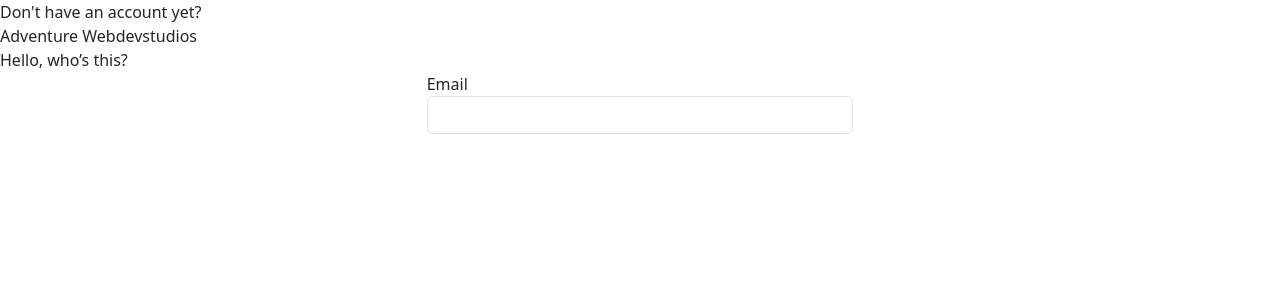
Repository: nnbxxx/React-Untimate
Page: /login
These files come from the project's save history. The page is drawn as it stood at one moment and after the next save; the edit follows.
The browser window is 1280 px wide. The pictures show the whole page.
The project was rebuilt for these pictures with package versions that can differ from the ones it lists, and the page was loaded fresh each time. Also part of the build but not shown: src/components/Header/header.js, src/App.js, src/components/User/User.js, src/components/Admin/SideBar.scss, src/components/Admin/SideBar.js, src/components/Admin/Admin.scss, src/components/Admin/Admin.js, src/components/Home/HomePage.js and 12 more. Imported but missing from the stored project, and not drawn on this page: src/assets/video-homepage.webm.

Above is the page before, as saved 2023-04-12 20:30:45.

After the next save:
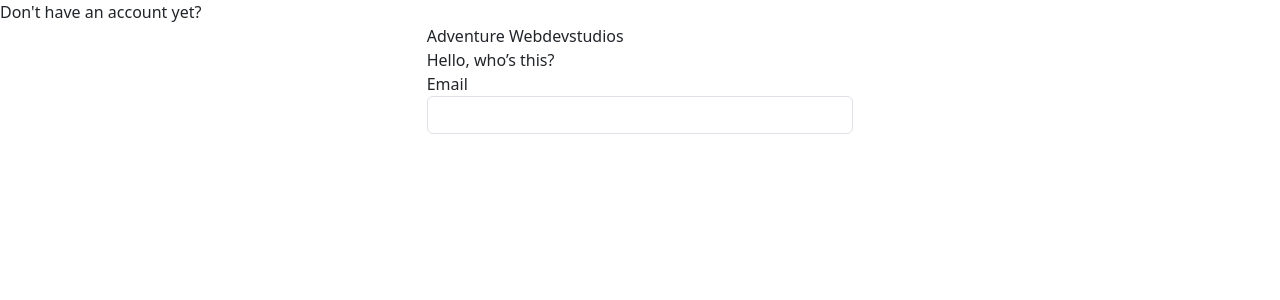
Saved 68 s later.
--- a/src/components/Auth/Login.js
+++ b/src/components/Auth/Login.js
@@ -2,9 +2,9 @@
 const Login = () => {
   return (
     <div className='login-container'>
-      <div className='header'>Don't have an account yet?</div>
-      <div className='title col-4'>Adventure Webdevstudios</div>
-      <div className='welcome col-4'>Hello, who’s this?</div>
+      <div className='header mx-auto'>Don't have an account yet?</div>
+      <div className='title col-4 mx-auto'>Adventure Webdevstudios</div>
+      <div className='welcome col-4 mx-auto'>Hello, who’s this?</div>
       <div className='content-form col-4 mx-auto'>
         <div className='form-group'>
           <label>Email</label>
